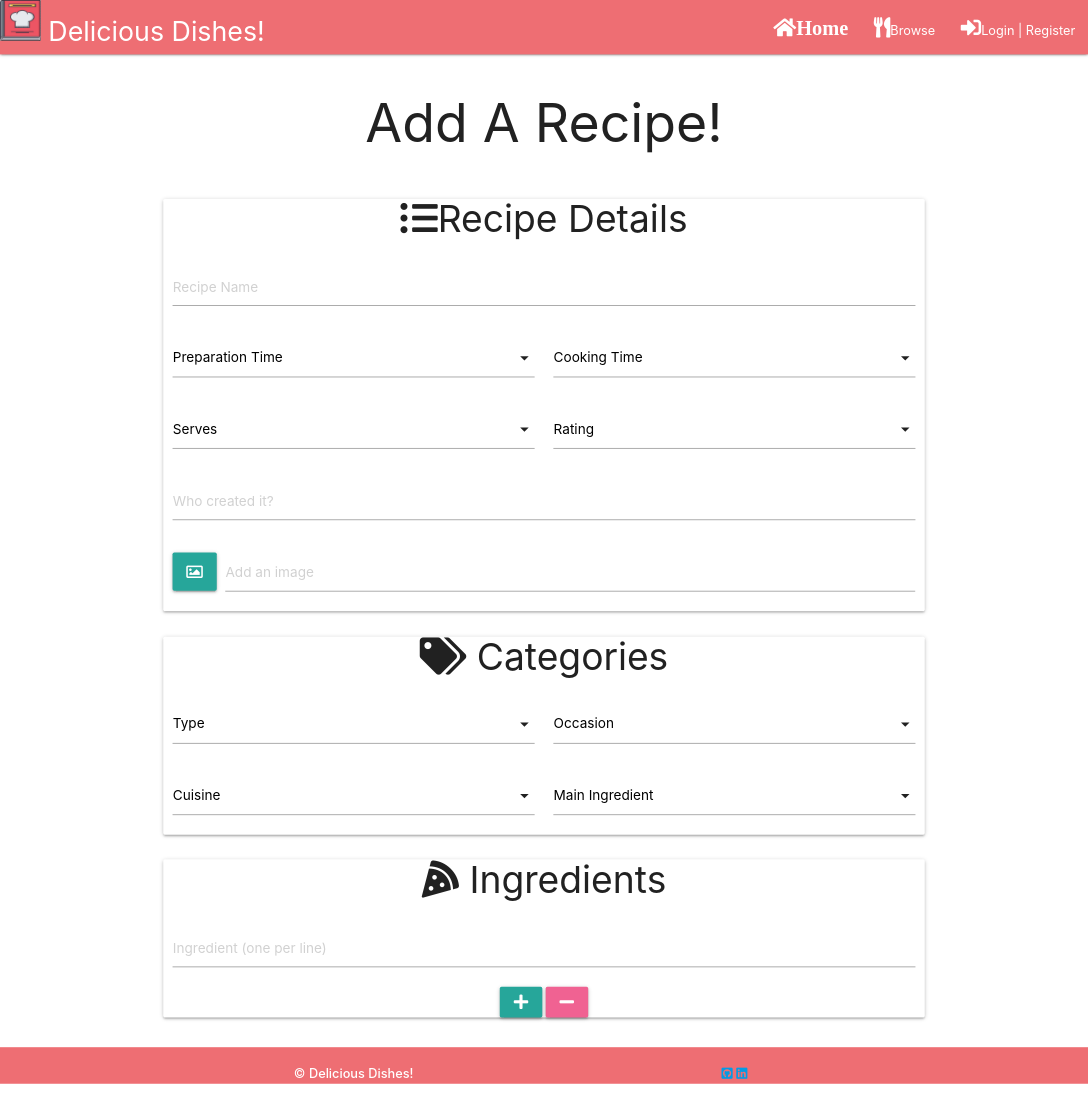
Repository: hebs87/cookbook-milestone-project-three
Page: templates/add_recipe.html
The author's editor kept a record of every edit. The page is drawn from the files as they stood at one moment, then again after the next edit.
The browser window is 1280 px wide. The pictures show the whole page, at 85% of full size.
Some web libraries are served in a nearby version. The page is served by the project's application, run on Flask 3 (app.py). The template is opened directly, without the code that normally fills it, so the values that code supplies are empty.

Above is the page before.

After the next edit:
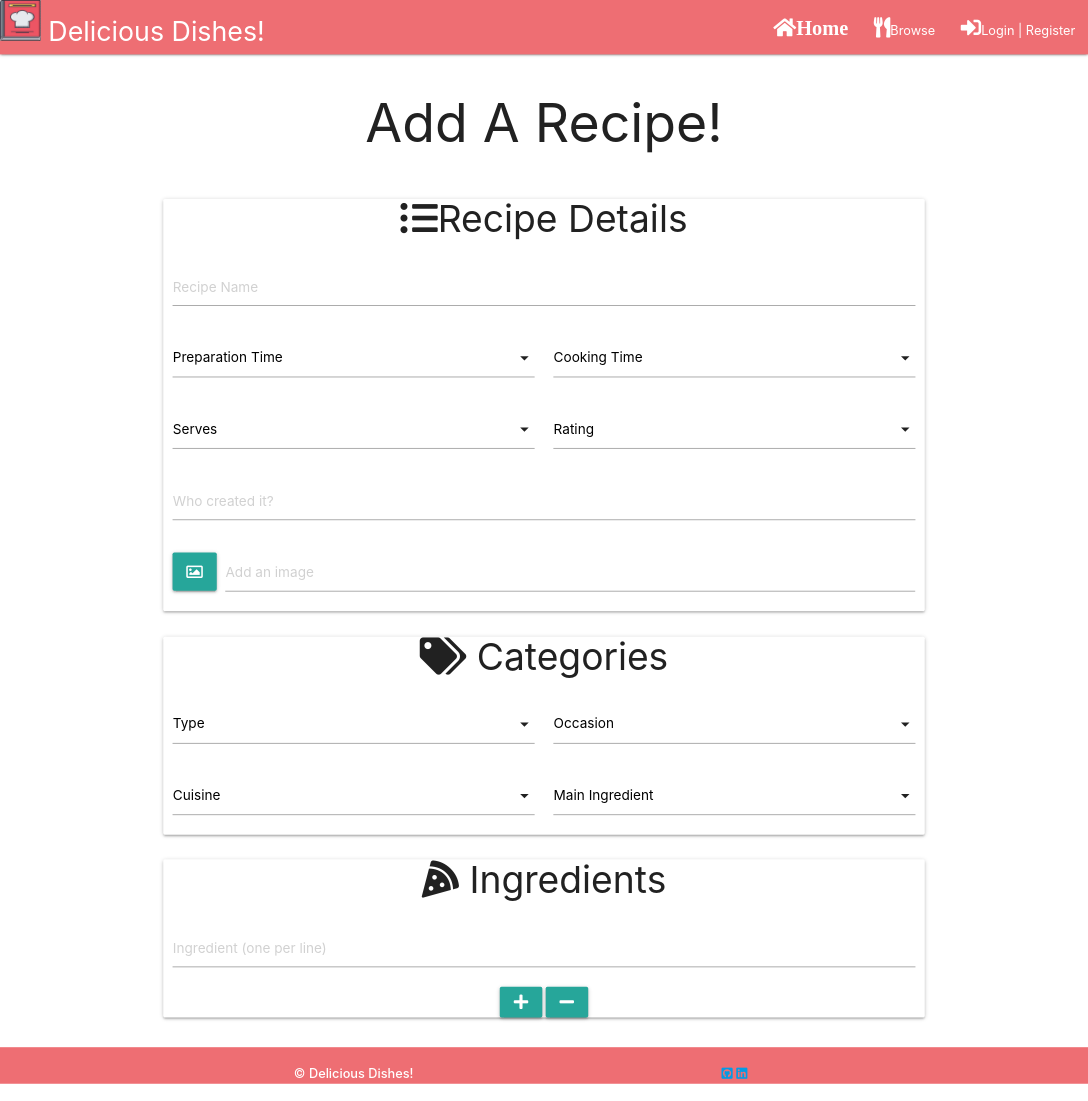
The edit:
--- a/templates/add_recipe.html
+++ b/templates/add_recipe.html
@@ -113,7 +113,7 @@
             </button>
 
             <!--Remove Ingredient Row Btn-->
-            <button type="button" class="remove-ing btn pink lighten-2 text-shadow-2">
+            <button type="button" class="waves-effect waves-light btn remove-ing">
                 <i class="fas fa-minus material-icons" aria-hidden="true"></i>
             </button>
         </div>
